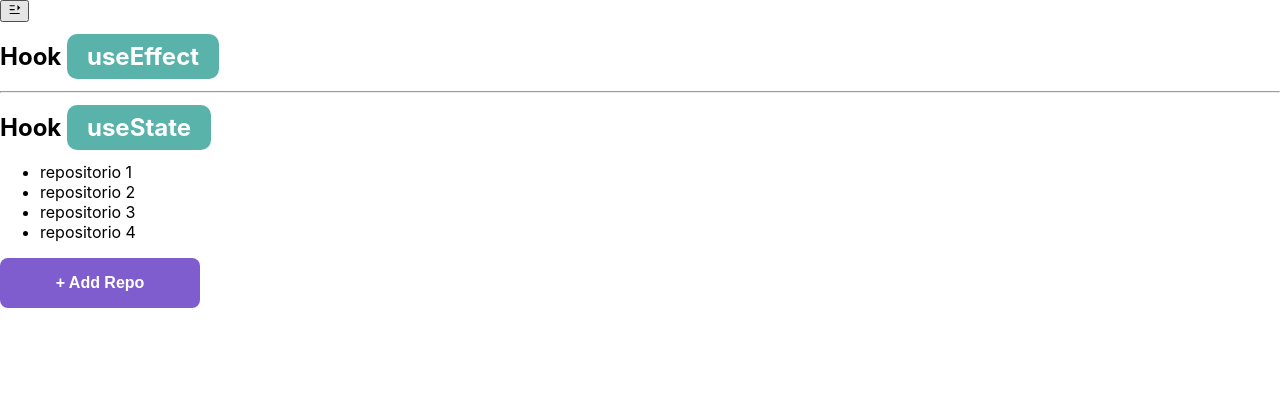
Repository: thiagolucio/react-hooks-use
Page: /, after clicking the first element matching `button.button-toggle`
These files come from the project's save history. The page is drawn as it stood at one moment and after the next save; the edit follows.
The browser window is 1280 px wide. The pictures show the whole page.
The page's requests for data from a server got no answer. The project was rebuilt for these pictures with package versions that can differ from the ones it lists, and the page was loaded fresh each time. No one was signed in, and anything a server would have sent is missing.

Above is the page before, as saved 2022-03-09 16:19:39.

### src/index.css
body {
  margin: 0;
  padding: 0;
  overflow-x: hidden;
  font-family: -apple-system, BlinkMacSystemFont, 'Segoe UI', 'Roboto', 'Oxygen',
    'Ubuntu', 'Cantarell', 'Fira Sans', 'Droid Sans', 'Helvetica Neue',
    sans-serif;
  -webkit-font-smoothing: antialiased;
  -moz-osx-font-smoothing: grayscale;
}

code {
  font-family: source-code-pro, Menlo, Monaco, Consolas, 'Courier New',
    monospace;
}

.container_column_center {
  display: flex;
  flex-direction: column;
  justify-content: flex-start;
  align-items: center;
}

.container_row_center {
  display: flex;
  flex-direction: row;
  justify-content: flex-start;
}


.font18px {font-size: 18px;}
.font20px {font-size: 20px;}
.font22px {font-size: 22px;}
.font24px {font-size: 24px;}

### src/App.js
import React from "react";
import "./App.css";

import UseStateExample from "./Components/UseStateExample";
import UseEffectExample from "./Components/UseEffectExample";
import Toggle from "./Components/Toggle";

function App() {
  return (
    <>
      <Toggle/>
        <UseEffectExample />
        <hr/>
        <UseStateExample />
    </>
  );
}

export default App;

### src/Components/UseStateExample.js
import React, { useState } from "react";
import "./UseStateExample.css";

function UseStateExample() {

  const [repositories, setRepositories] = useState([
    { id: 1, name: "repositorio 1" },
    { id: 2, name: "repositorio 2" },
    { id: 3, name: "repositorio 3" },
    { id: 4, name: "repositorio 4" },
  ]);

    function handleAddRepo() {

        let numName  = repositories.length + 1;

        setRepositories([...repositories, { id: Math.random(), name: "repositorio " + numName}]);
    }

  return (
    <div className="container-list">
      <h2>Hook <span className="badge-title">useState</span></h2>
      <ul>
        {repositories.map((repo) => (
          <li key={repo.id}>{repo.name}</li>
        ))}
      </ul>
      <button className="buttonApp" onClick={handleAddRepo}>+ Add Repo</button>
    </div>
  );
}

export default UseStateExample;

### src/Components/UseEffectExample.js
import React, { useEffect, useState } from "react";
import "./UseStateExample.css";

function UseEffectExample() {
  const [repositories, setRepositories] = useState([]);

  // no lugar do componentDidMount quando o component for montado
  useEffect(() => {
    async function fetchRepo() {
      const response = await fetch("https://api.github.com/users/thiagolucio/repos");
      const data = await response.json();
      setRepositories(data);
    }

    // async function fetchDataWithChildren() {
    //   try {
    //     const response = await fetch("https://api.github.com/users/thiagolucio/repos");
    //     const data = await response.json();
    //     setRepositories(data.children.map(it => it.data));
    //   } catch (e) {
    //     console.error(e);
    //   }
    // }

    fetchRepo();
    // fetchDataWithChildren();
  }, []);
  //os colchetes acima indica que ele deve ser executado somente uma vez, quando o componente for montado porque
  // ele não tem nenhum parâmetro pra se basear para ser executado novamente

  function handleFavorite(id) {
    console.log("Handle boy");
  }

  return (
    <>
      <h2>
        Hook <span className="badge-title">useEffect</span>
      </h2>
      <ul>
        {repositories.map((repo) => (
          <li key={repo.id}>{repo.name}</li>
        ))}
      </ul>
    </>
  );
}

export default UseEffectExample;

### src/Components/Toggle.js
import React, { useCallback, useState } from 'react';
import { RiMenuUnfoldFill, RiMenuFoldFill } from "react-icons/ri";

function Toggle() {
    const [isToggleChanged, setIsToggleChanged] = useToggle();

    return (
        <button className={isToggleChanged ? 'button-toggle-round' : 'button-toggle'} onClick={setIsToggleChanged}>{isToggleChanged ? <RiMenuUnfoldFill/> : <RiMenuFoldFill/>}</button>
    );
}
const useToggle = (initialState = false) => {
    const [state, setState] = useState(initialState);
    const toggle = useCallback(() => setState(state => !state), []);

    return [state, toggle]
}

export default Toggle;

### src/Components/UseStateExample.css
.buttonApp {
    width: 200px;
    height: 50px;
    font-size: 16px;
    padding: 8px 25px;
    background-color: #7f5dce;
    border: 2px solid #ffffff;
    color: #fff;
    font-weight: bold;
    border: none;
    border-radius: 8px;
}

.buttonApp:hover {
    background-color: white;
    border: 2px solid #7f5dce;
    color: #7f5dce;
    transition: all 0.2s ease-in;
    cursor: pointer;
}

.buttonApp:click {
    background-color: 45336e;
    border: 2px solid #45336e;
    color: #7f5dce;
    transition: all 0.2s ease-in;
    cursor: pointer;
}

.badge-title {
    width: 100%;
    height: 40px;
    font-size: 24px;
    padding: 8px 20px;
    background-color: #59b3ab;
    color: #fff;
    font-weight: bold;
    border: none;
    border-radius: 10px;
}

### src/App.css
.container {
    display: flex;
    align-items: center;
    justify-content: center;
}

.flex-row {
    flex-direction: row;
}
.flex-column {
    flex-direction: column;
}

.button-toggle {
    background-color: #7f5dce;
    padding: 8px 18px;
    border: none;
    border-radius: 0.5em;
    color: white;
    margin: 20px;
}

.button-toggle:hover {
    cursor: pointer;

}

Loaded but not shown: public/index.html (common file); src/index.js (common file); src/reportWebVitals.js (common file)

After the next save:
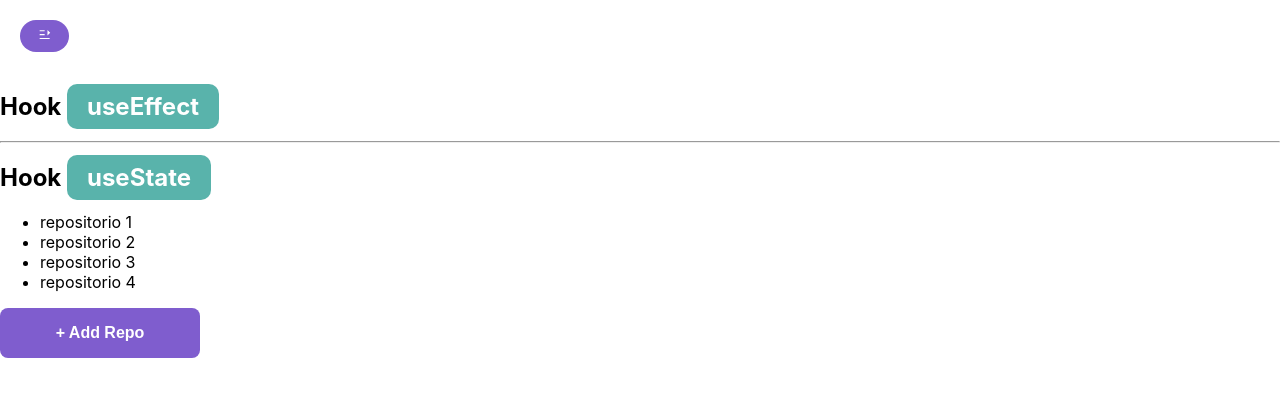
Saved 25 s later.
--- a/src/App.css
+++ b/src/App.css
@@ -19,6 +19,14 @@
     color: white;
     margin: 20px;
 }
+.button-toggle-round {
+    background-color: #7f5dce;
+    padding: 8px 18px;
+    border: none;
+    border-radius: 50em;
+    color: white;
+    margin: 20px;
+}
 
 .button-toggle:hover {
     cursor: pointer;
